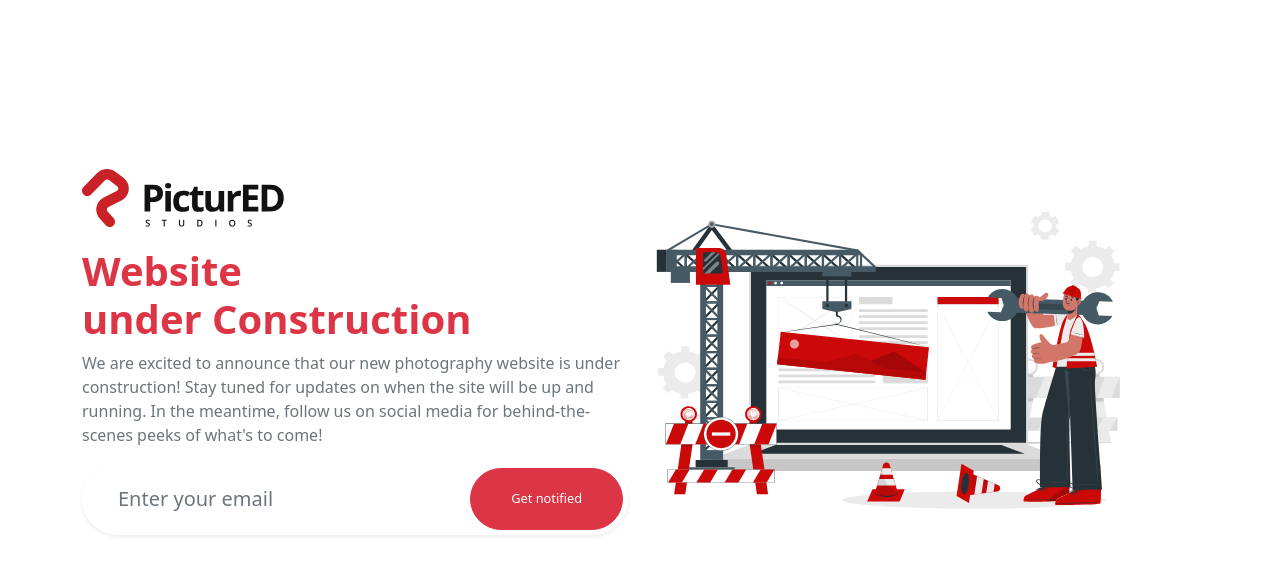
Repository: tHEO2k17/pictured
Page: /
An editor plug-in stored every save of this project. The page is shown before and after the next save, followed by the edit.
The browser window is 1280 px wide. The pictures show the whole page.
The project was rebuilt for these pictures with package versions that can differ from the ones it lists, and the page was loaded fresh each time.

Above is the page before, as saved 2022-09-14 14:33:47.

After the next save:
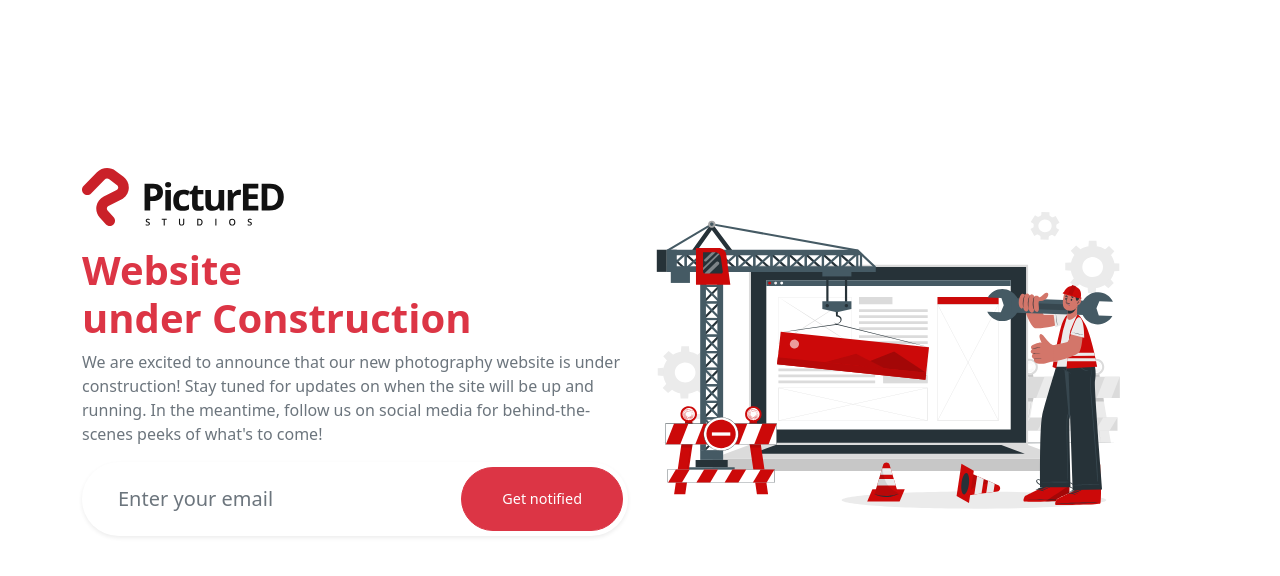
Saved 7 s later.
--- a/src/index.scss
+++ b/src/index.scss
@@ -9,7 +9,7 @@
 .input-group > :not(:first-child):not(.dropdown-menu):not(.valid-tooltip):not(.valid-feedback):not(.invalid-tooltip):not(.invalid-feedback) {
   margin-left: 20px;
   border-radius: 50px;
-  font-size: .8em;
+  font-size: .9em;
   padding: 20px 40px 20px 40px ;
 }
 
